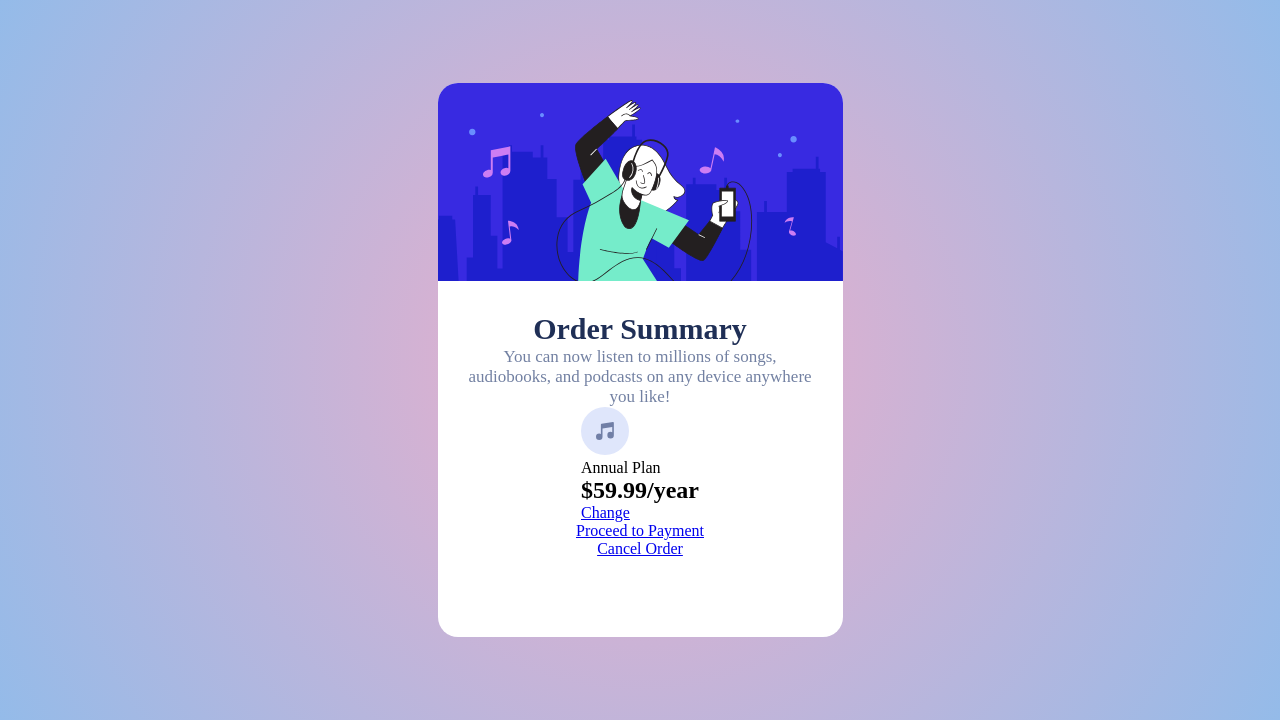
Repository: KamoliddinGIT/order-summary-card
Page: index.html
These files come from the project's save history. The page is drawn as it stood at one moment and after the next save; the edit follows.
The browser window is 1280 px wide. The pictures show the whole page.

Above is the page before, as saved 2023-09-13 10:51:25.

### index.html
<!DOCTYPE html>
<html lang="en">
  <head>
    <meta charset="UTF-8" />
    <meta name="viewport" content="width=device-width, initial-scale=1.0" />
    <link
      rel="icon"
      type="image/png"
      sizes="32x32"
      href="./images/favicon-32x32.png"
    />
    <link rel="stylesheet" href="./css/style.css" />
    <title>Order summary card</title>
  </head>
  <body>
    <div class="container">
      <img
        class="illustration"
        src="./images/illustration-hero.svg"
        alt="img"
      />
      <div class="items">
        <h1>Order Summary</h1>
        <p>
          You can now listen to millions of songs, audiobooks, and podcasts on
          any device anywhere you like!
        </p>
        <div class="item__payment">
          <img src="./images/icon-music.svg" alt="music" />
          <div>
            <span>Annual Plan </span>
            <h2>$59.99/year</h2>
          </div>
          <a href="#">Change</a>
        </div>
        <a href="#">Proceed to Payment</a>
        <a href="#">Cancel Order</a>
      </div>
    </div>
  </body>
</html>

### css/style.css
* {
  margin: 0;
  padding: 0;
  box-sizing: border-box;
}

body {
  width: 100%;
  height: 100vh;
  display: flex;
  justify-content: center;
  align-items: center;
  background: rgb(238, 174, 202);
  background: radial-gradient(
    circle,
    rgba(238, 174, 202, 1) 0%,
    rgba(148, 187, 233, 1) 100%
  );
}

.container {
  display: flex;
  flex-direction: column;
  align-items: center;
  width: 405px;
  height: 554px;
  border-radius: 20px;
  background: #fff;
}

.illustration {
  width: 100%;
  border-radius: 20px 20px 0 0;
}

.items {
  width: 100%;
  display: flex;
  flex-direction: column;
  align-items: center;
  padding: 30px;
}

.items h1 {
  font-size: 1.875rem;
  line-height: 2.25rem;
  font-weight: 900;
  color: #1f2f56;
}

.items p {
  text-align: center;
  color: #7280a2;
  font-size: 17px;
}

After the next save:
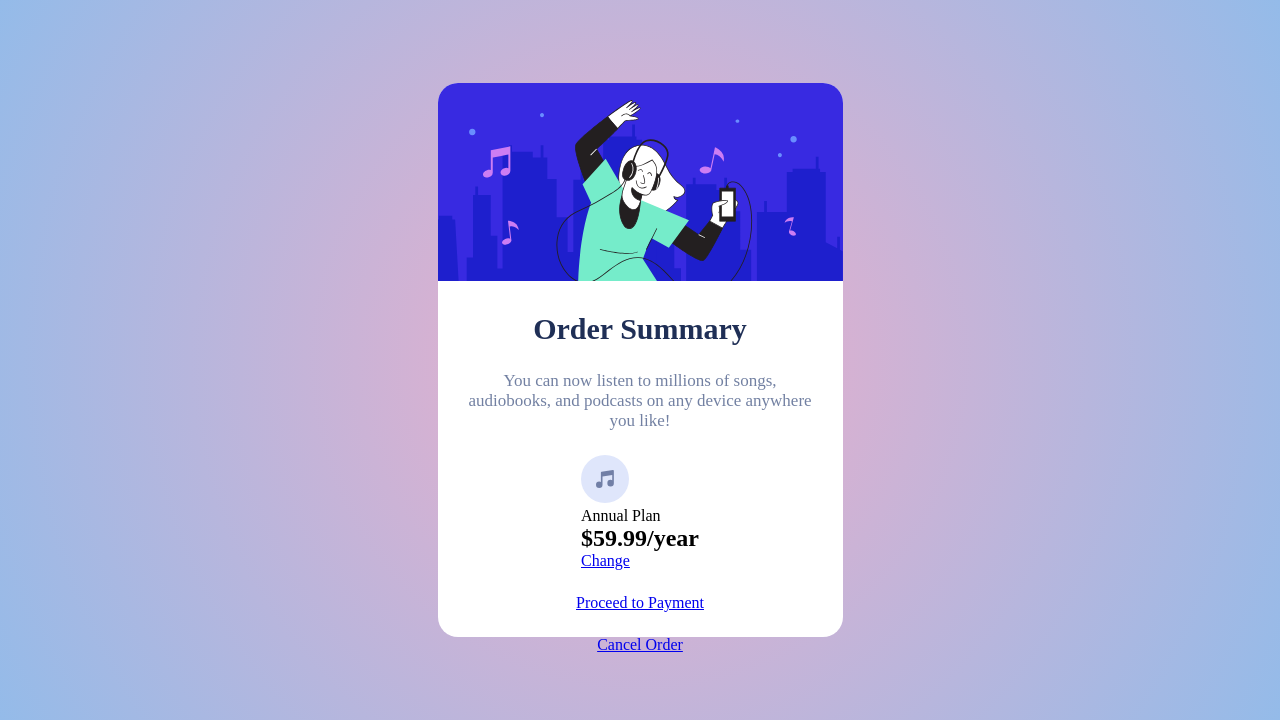
Saved 24 s later.
--- a/css/style.css
+++ b/css/style.css
@@ -36,6 +36,7 @@
 .items {
   width: 100%;
   display: flex;
+  gap: 1.5rem;
   flex-direction: column;
   align-items: center;
   padding: 30px;
